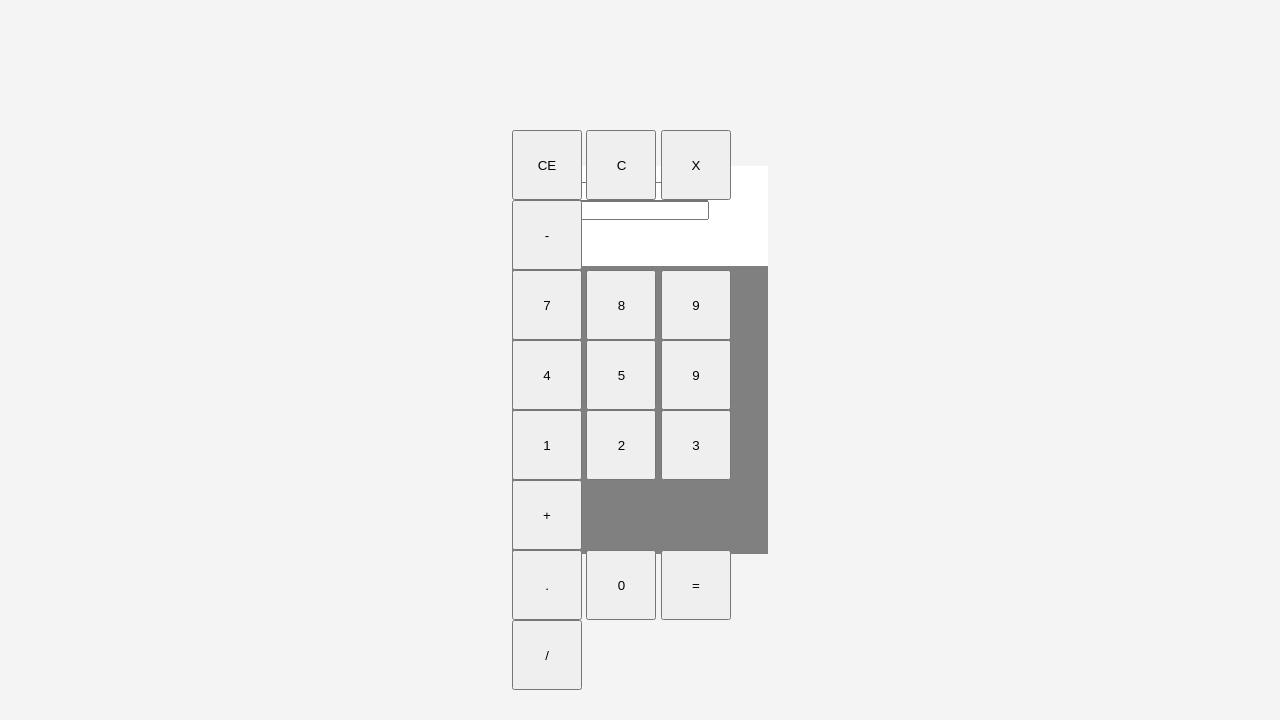
Repository: DNature/calc
Page: index.html
The author's editor kept a copy of each file at every save. The page is drawn from the files as they stood at one save, then again after the next save.
The browser window is 1280 px wide. The pictures show the whole page.

Above is the page before, as saved 2019-11-20 23:35:18.

After the next save:
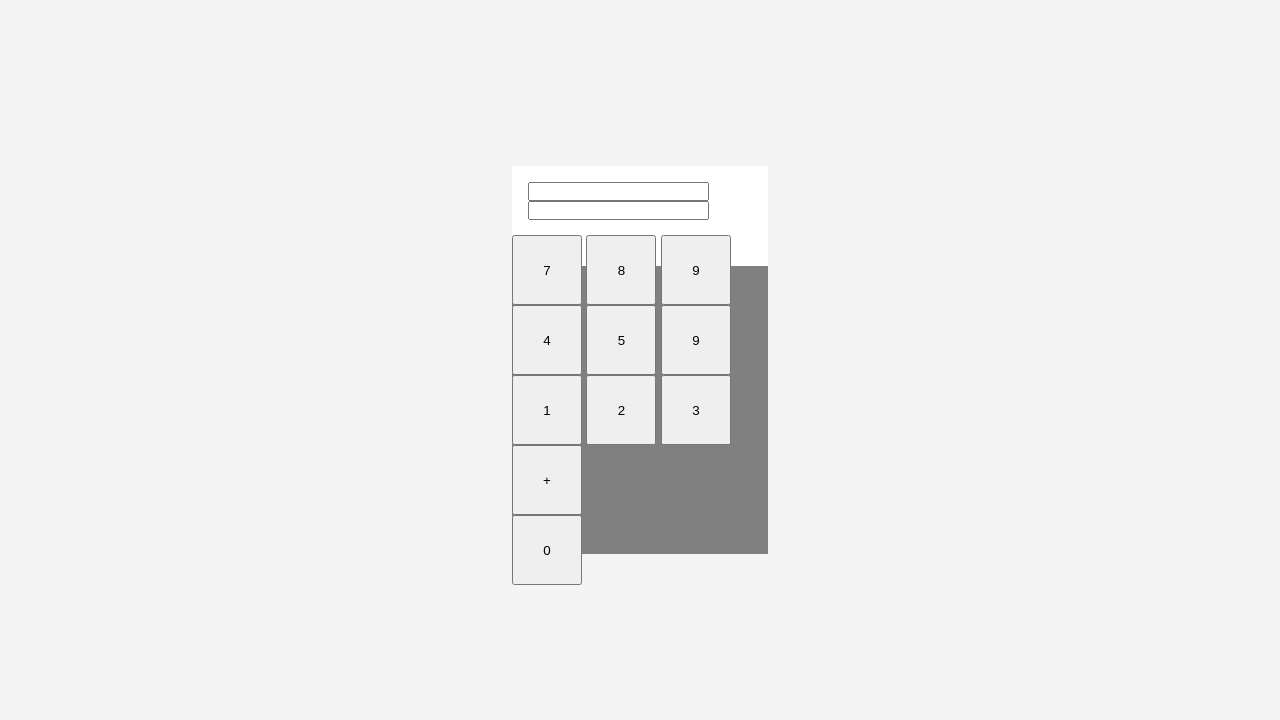
Saved 6 min 11 s later.
--- a/index.html
+++ b/index.html
@@ -15,12 +15,12 @@
       </div>
 
       <div class="inputs">
-        <div class="row">
+        <!-- <div class="row">
           <button id="" class="button">CE</button>
           <button id="" class="button">C</button>
           <button id="" class="button">X</button>
           <button id="" class="button">-</button>
-        </div>
+        </div> -->
         <div class="row">
           <button id="" class="button">7</button>
           <button id="" class="button">8</button>
@@ -38,10 +38,7 @@
           <button id="" class="button plus">+</button>
         </div>
         <div class="row">
-          <button id="" class="button">.</button>
           <button id="" class="button">0</button>
-          <button id="" class="button">=</button>
-          <button id="" class="button">/</button>
         </div>
       </div>
     </div>
